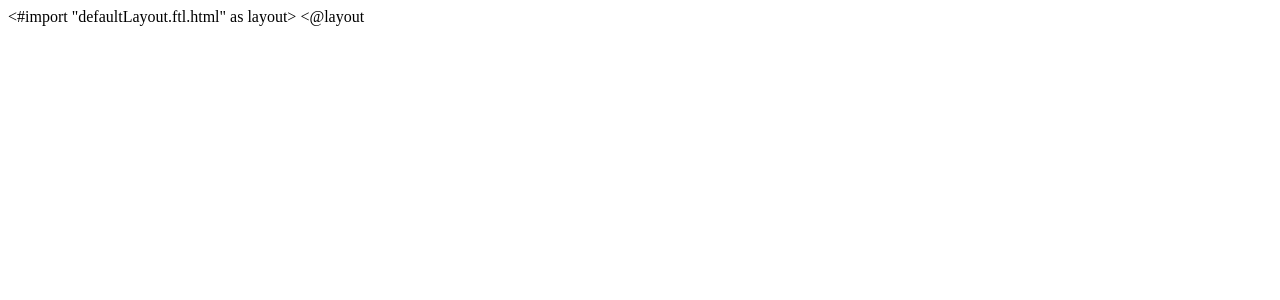
Repository: JavaProgrammerLB/JavaNinja
Page: firstNinjaProject/src/main/java/views/ApplicationController/contents.ftl.html
These files come from the project's save history. The page is drawn as it stood at one moment and after the next save; the edit follows.
The browser window is 1280 px wide. The pictures show the whole page.

Above is the page before, as saved 2015-05-24 15:02:12.

### firstNinjaProject/src/main/java/views/ApplicationController/contents.ftl.html
<#import "defaultLayout.ftl.html" as layout>
<@layout

After the next save:
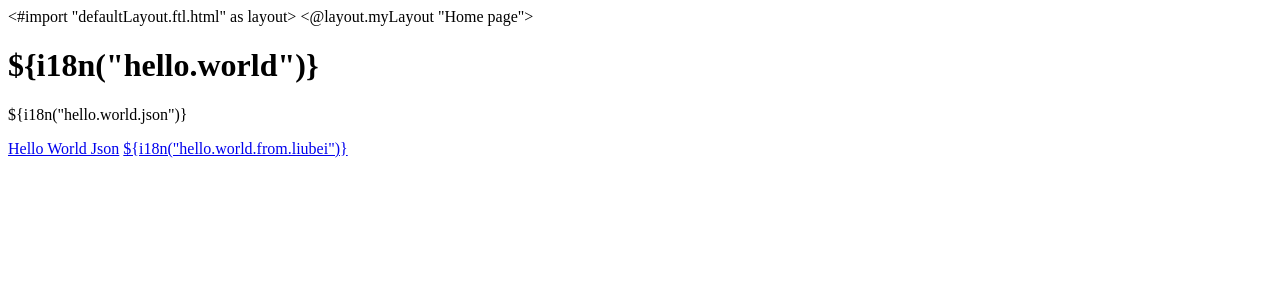
Saved 7 s later.
--- a/firstNinjaProject/src/main/java/views/ApplicationController/contents.ftl.html
+++ b/firstNinjaProject/src/main/java/views/ApplicationController/contents.ftl.html
@@ -1,2 +1,12 @@
 <#import "defaultLayout.ftl.html" as layout>
-<@layout
+<@layout.myLayout "Home page">
+
+
+<h1>${i18n("hello.world")}</h1>
+<p>${i18n("hello.world.json")}</p>
+<a href="/hello_world.json">Hello World Json</a>
+<a href="/hello_world_from_liubei">${i18n("hello.world.from.liubei")}</a>
+
+
+
+</@layout.myLayout>
